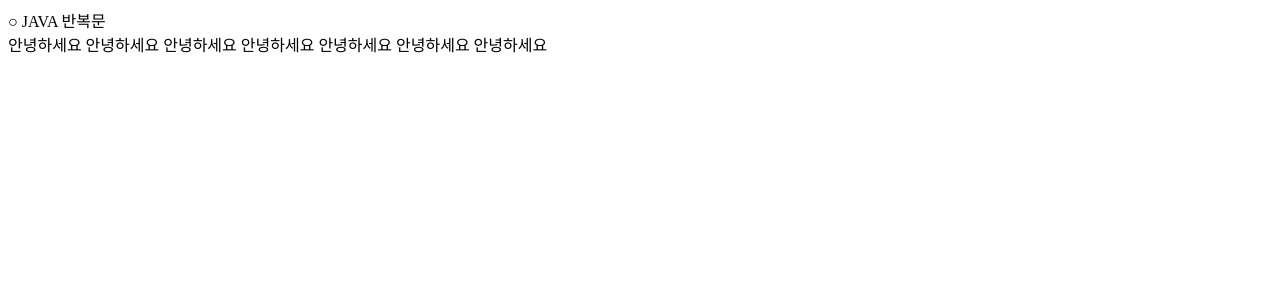
Repository: youngmoon525/Jsp_Servlet
Page: http://localhost/03.JSP/jsp34.jsp
An editor plug-in stored every save of this project. The page is shown before and after the next save, followed by the edit.
The browser window is 1280 px wide. The pictures show the whole page.
The page is served by Tomcat 9.

Above is the page before, as saved 2021-09-09 00:53:46.

After the next save:
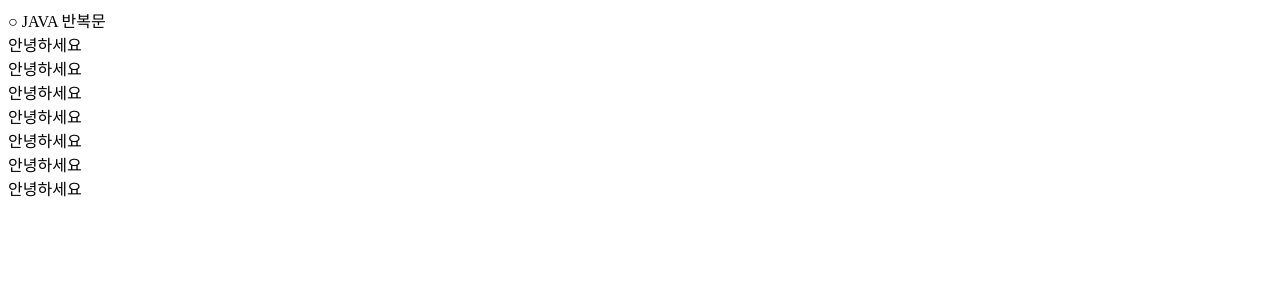
Saved 24 s later.
--- a/workspace/03.JSP/WebContent/jsp34.jsp
+++ b/workspace/03.JSP/WebContent/jsp34.jsp
@@ -14,7 +14,7 @@
 ○ JAVA 반복문<br/>
 <%
 for(int i = 1; i <= 7; i++){
-	out.println("안녕하세요");
+	out.println("안녕하세요<br/>");
 }
 %>
 </body>
